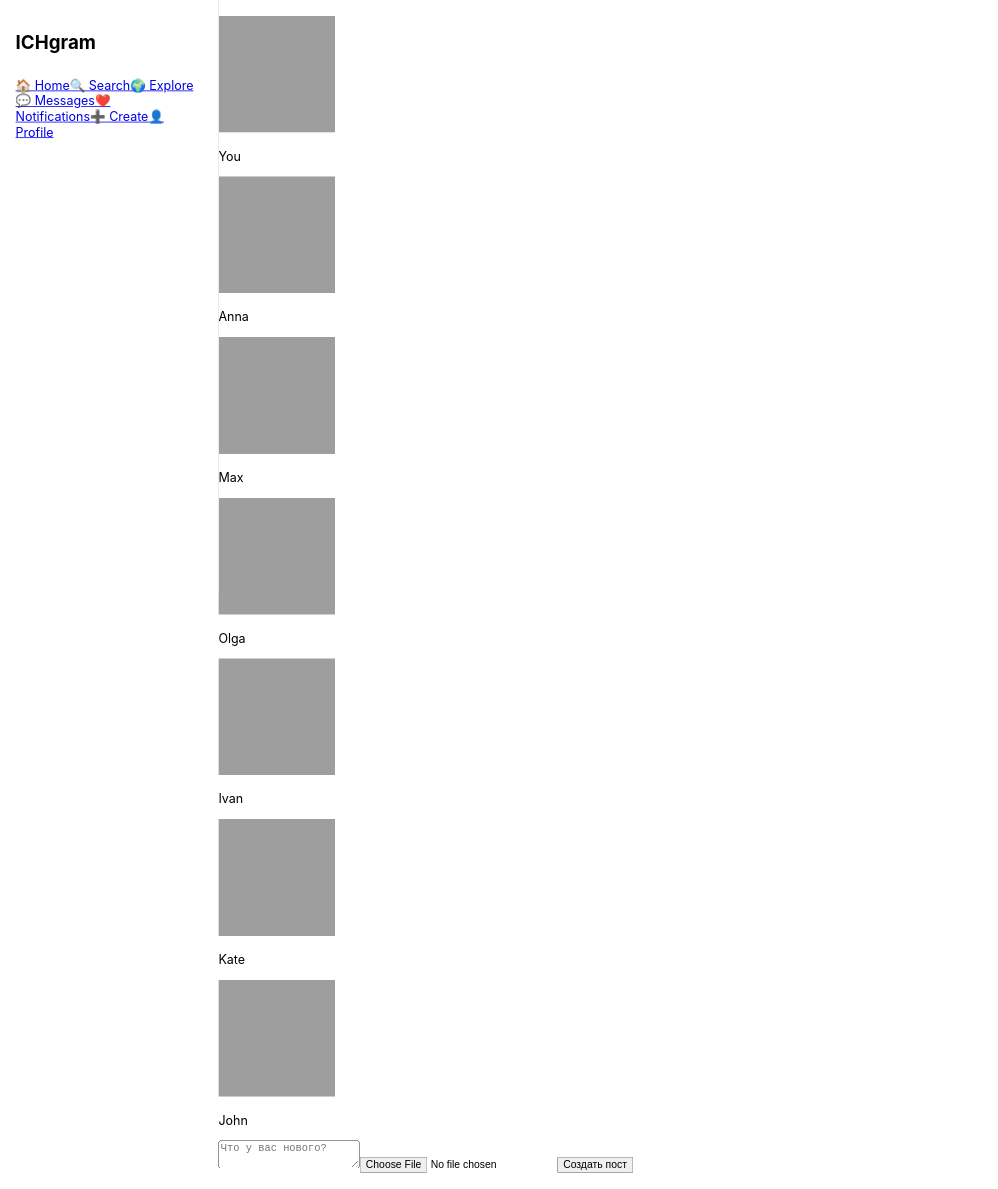
Repository: JuliiaJuliia/project-ichgram
Page: /
An editor plug-in stored every save of this project. The page is shown before and after the next save, followed by the edit.
The browser window is 1280 px wide. The pictures show the whole page, at 78% of full size.
Pictures or frames that could not be fetched are drawn as grey boxes. The page's requests for data from a server got no answer. The project was rebuilt for these pictures with package versions that can differ from the ones it lists, and the page was loaded fresh each time. No one was signed in, and anything a server would have sent is missing. Also part of the build but not shown: src/components/PostCard.css, src/components/PostCard.js, src/components/Chat.js.

Above is the page before, as saved 2026-02-19 10:45:09.

After the next save:
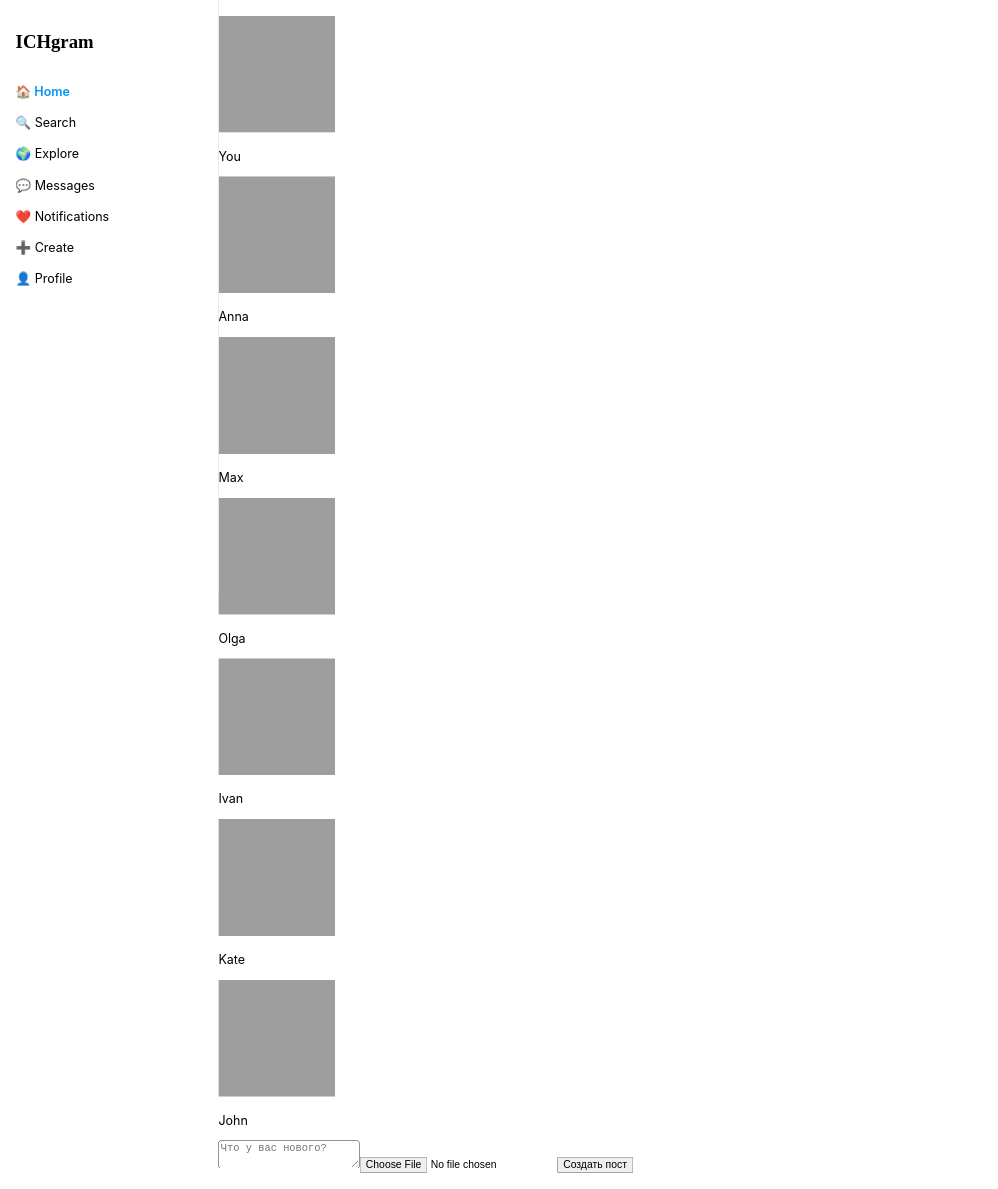
Saved 16 s later.
--- a/src/components/Sidebar.css
+++ b/src/components/Sidebar.css
@@ -1,25 +1,36 @@
 .sidebar {
-    width: 240px;
-    height: 100vh;
-    background: white;
+    width: 230px;
+    background: #fff;
     border-right: 1px solid #ddd;
     padding: 20px;
     position: fixed;
-    left: 0;
-    top: 0;
+    height: 100vh;
   }
 
   .logo {
-    font-size: 24px;
+    font-family: 'Brush Script MT', cursive;
+    font-size: 26px;
     margin-bottom: 30px;
   }
 
-  .menu-item {
-    padding: 12px 0;
-    cursor: pointer;
-    font-size: 16px;
+  .sidebar-nav {
+    display: flex;
+    flex-direction: column;
   }
 
-  .menu-item:hover {
-    font-weight: bold;
+  .sidebar-nav a {
+    padding: 10px 0;
+    text-decoration: none;
+    color: black;
+    font-size: 16px;
+    transition: 0.2s;
   }
+
+  .sidebar-nav a:hover {
+    color: #0095f6;
+  }
+
+  .sidebar-nav a.active {
+    font-weight: 600;
+    color: #0095f6;
+  }
